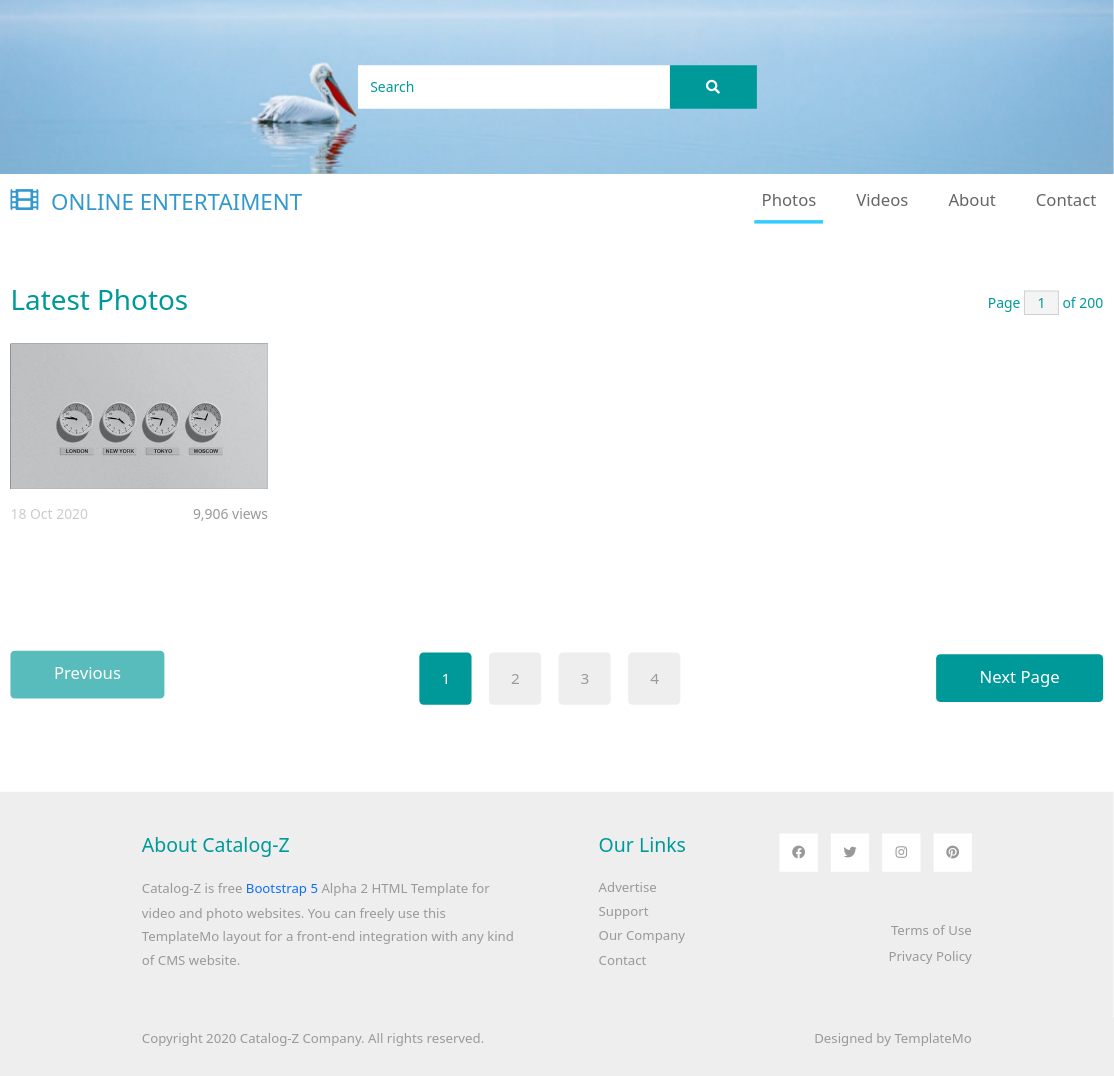
Repository: NguyenGiaHuy1102003/VideoManagementWebsite
Page: http://localhost/AsmJava4/index
These files come from the project's save history. The page is drawn as it stood at one moment and after the next save; the edit follows.
The browser window is 1280 px wide. The pictures show the whole page, at 87% of full size.
The page is served by Tomcat 9. Other server files are loaded and not shown.

Above is the page before, as saved 2023-07-21 06:58:43.

### WebsiteSellingFlowers/ASMJava4/AsmJava4/src/main/webapp/views/user/index.jsp
<%@ page language="java" contentType="text/html; charset=UTF-8"
    pageEncoding="UTF-8"%>
<%@ include file="/common/taglib.jsp" %>
<!DOCTYPE html>
<html lang="en">
<head>
    <meta charset="UTF-8">
    <meta name="viewport" content="width=device-width, initial-scale=1.0">
    <title>Online Entertaiment</title>
    <%@ include file="/common/head.jsp" %>

</head>
<body>
    <%@ include file="/common/header.jsp" %>

    <div class="container-fluid tm-container-content tm-mt-60">
        <div class="row mb-4">
            <h2 class="col-6 tm-text-primary">
                Latest Photos
            </h2>
            <div class="col-6 d-flex justify-content-end align-items-center">
                <form action="" class="tm-text-primary">
                    Page <input type="text" value="1" size="1" class="tm-input-paging tm-text-primary"> of 200
                </form>
            </div>
        </div>
        <div class="row tm-mb-90 tm-gallery">
        	<div class="col-xl-3 col-lg-4 col-md-6 col-sm-6 col-12 mb-5">
                <figure class="effect-ming tm-video-item">
                    <img src=" <c:url value='templates/user/img/img-03.jpg'/>" alt="Image" class="img-fluid">
                    <figcaption class="d-flex align-items-center justify-content-center">
                        <h2>Clocks</h2>
                        <a href="photo-detail.html">View more</a>
                    </figcaption>
                </figure>
                <div class="d-flex justify-content-between tm-text-gray">
                    <span class="tm-text-gray-light">18 Oct 2020</span>
                    <span>9,906 views</span>
                </div>
            </div>


        </div> <!-- row -->
        <div class="row tm-mb-90">
            <div class="col-12 d-flex justify-content-between align-items-center tm-paging-col">
                <a href="javascript:void(0);" class="btn btn-primary tm-btn-prev mb-2 disabled">Previous</a>
                <div class="tm-paging d-flex">
                    <a href="javascript:void(0);" class="active tm-paging-link">1</a>
                    <a href="javascript:void(0);" class="tm-paging-link">2</a>
                    <a href="javascript:void(0);" class="tm-paging-link">3</a>
                    <a href="javascript:void(0);" class="tm-paging-link">4</a>
                </div>
                <a href="javascript:void(0);" class="btn btn-primary tm-btn-next">Next Page</a>
            </div>
        </div>
    </div>

    <%@ include file="/common/footer.jsp" %>
</body>
</html>

### WebsiteSellingFlowers/ASMJava4/AsmJava4/src/main/webapp/common/taglib.jsp

<%@ taglib prefix="c" uri="http://java.sun.com/jsp/jstl/core" %>

### WebsiteSellingFlowers/ASMJava4/AsmJava4/src/main/webapp/common/head.jsp
<link rel="stylesheet" href="<c:url value='templates/user/css/bootstrap.min.css'/>">
<link rel="stylesheet" href="<c:url value='templates/user/fontawesome/css/all.min.css'/>">
<link rel="stylesheet" href="<c:url value='templates/user/css/templatemo-style.css'/>">

### WebsiteSellingFlowers/ASMJava4/AsmJava4/src/main/webapp/common/header.jsp
<%@ page language="java" contentType="text/html; charset=UTF-8"
	pageEncoding="UTF-8"%>
<!-- Page Loader-->
<div id="loader-wrapper">
	<div id="loader"></div>

	<div class="loader-section section-left"></div>
	<div class="loader-section section-right"></div>

</div>
<div class="tm-hero d-flex justify-content-center align-items-center" data-parallax="scroll" data-image-src="<c:url
value='templates/user/img/hero.jpg'/>">
        <form class="d-flex tm-search-form">
            <input class="form-control tm-search-input" type="search" placeholder="Search" aria-label="Search">
            <button class="btn btn-outline-success tm-search-btn" type="submit">
                <i class="fas fa-search"></i>
            </button>
        </form>
    </div>
<nav class="navbar navbar-expand-lg">
	<div class="container-fluid">
		<a class="navbar-brand" href="#"> <i class="fas fa-film mr-2"></i>
			ONLINE ENTERTAIMENT
		</a>
		<button class="navbar-toggler" type="button" data-toggle="collapse"
			data-target="#navbarSupportedContent"
			aria-controls="navbarSupportedContent" aria-expanded="false"
			aria-label="Toggle navigation">
			<i class="fas fa-bars"></i>
		</button>
		<div class="collapse navbar-collapse" id="navbarSupportedContent">
			<ul class="navbar-nav ml-auto mb-2 mb-lg-0">
				<li class="nav-item"><a class="nav-link nav-link-1 active"
					aria-current="page" href="index.html">Photos</a></li>
				<li class="nav-item"><a class="nav-link nav-link-2"
					href="videos.html">Videos</a></li>
				<li class="nav-item"><a class="nav-link nav-link-3"
					href="about.html">About</a></li>
				<li class="nav-item"><a class="nav-link nav-link-4"
					href="contact.html">Contact</a></li>
			</ul>
		</div>
	</div>
</nav>

### WebsiteSellingFlowers/ASMJava4/AsmJava4/src/main/webapp/common/footer.jsp
<%@ page language="java" contentType="text/html; charset=UTF-8"
	pageEncoding="UTF-8"%>
<footer class="tm-bg-gray pt-5 pb-3 tm-text-gray tm-footer">
	<div class="container-fluid tm-container-small">
		<div class="row">
			<div class="col-lg-6 col-md-12 col-12 px-5 mb-5">
				<h3 class="tm-text-primary mb-4 tm-footer-title">About
					Catalog-Z</h3>
				<p>
					Catalog-Z is free <a rel="sponsored"
						href="https://v5.getbootstrap.com/">Bootstrap 5</a> Alpha 2 HTML
					Template for video and photo websites. You can freely use this
					TemplateMo layout for a front-end integration with any kind of CMS
					website.
				</p>
			</div>
			<div class="col-lg-3 col-md-6 col-sm-6 col-12 px-5 mb-5">
				<h3 class="tm-text-primary mb-4 tm-footer-title">Our Links</h3>
				<ul class="tm-footer-links pl-0">
					<li><a href="#">Advertise</a></li>
					<li><a href="#">Support</a></li>
					<li><a href="#">Our Company</a></li>
					<li><a href="#">Contact</a></li>
				</ul>
			</div>
			<div class="col-lg-3 col-md-6 col-sm-6 col-12 px-5 mb-5">
				<ul class="tm-social-links d-flex justify-content-end pl-0 mb-5">
					<li class="mb-2"><a href="https://facebook.com"><i
							class="fab fa-facebook"></i></a></li>
					<li class="mb-2"><a href="https://twitter.com"><i
							class="fab fa-twitter"></i></a></li>
					<li class="mb-2"><a href="https://instagram.com"><i
							class="fab fa-instagram"></i></a></li>
					<li class="mb-2"><a href="https://pinterest.com"><i
							class="fab fa-pinterest"></i></a></li>
				</ul>
				<a href="#" class="tm-text-gray text-right d-block mb-2">Terms
					of Use</a> <a href="#" class="tm-text-gray text-right d-block">Privacy
					Policy</a>
			</div>
		</div>
		<div class="row">
			<div class="col-lg-8 col-md-7 col-12 px-5 mb-3">Copyright 2020
				Catalog-Z Company. All rights reserved.</div>
			<div class="col-lg-4 col-md-5 col-12 px-5 text-right">
				Designed by <a href="https://templatemo.com" class="tm-text-gray"
					rel="sponsored" target="_parent">TemplateMo</a>
			</div>
		</div>
	</div>
</footer>

<script src="<c:url value='/templates/user/js/plugins.js'/>"></script>
<script>
        $(window).on("load", function() {
            $('body').addClass('loaded');
        });
    </script>

### WebsiteSellingFlowers/ASMJava4/AsmJava4/src/main/java/com/poly/controller/HomeController.java
package com.poly.controller;

import java.io.IOException;

import javax.servlet.ServletException;
import javax.servlet.annotation.WebServlet;
import javax.servlet.http.HttpServlet;
import javax.servlet.http.HttpServletRequest;
import javax.servlet.http.HttpServletResponse;
@WebServlet(urlPatterns = {"/index"})
public class HomeController extends HttpServlet
{
	private static final long serialVersionUID = 1L;

	@Override
	protected void doGet(HttpServletRequest req, HttpServletResponse resp)
			throws ServletException, IOException {
		req.getRequestDispatcher("/views/user/index.jsp").forward(req, resp);
	}

}

### WebsiteSellingFlowers/ASMJava4/AsmJava4/src/main/webapp/templates/user/css/templatemo-style.css
/*

TemplateMo 556 Catalog-Z

https://templatemo.com/tm-556-catalog-z

*/

#loader-wrapper {
    position: fixed;
    top: 0;
    left: 0;
    width: 100%;
    height: 100%;
    z-index: 1001;
}
#loader {
    display: block;
    position: relative;
    left: 50%;
    top: 50%;
    width: 150px;
    height: 150px;
    margin: -75px 0 0 -75px;
    border-radius: 50%;
    border: 3px solid transparent;
    border-top-color: #3498db;

    -webkit-animation: spin 2s linear infinite; /* Chrome, Opera 15+, Safari 5+ */
    animation: spin 2s linear infinite; /* Chrome, Firefox 16+, IE 10+, Opera */

    z-index: 1002;
}

    #loader:before {
        content: "";
        position: absolute;
        top: 5px;
        left: 5px;
        right: 5px;
        bottom: 5px;
        border-radius: 50%;
        border: 3px solid transparent;
        border-top-color: #e74c3c;

        -webkit-animation: spin 3s linear infinite; /* Chrome, Opera 15+, Safari 5+ */
        animation: spin 3s linear infinite; /* Chrome, Firefox 16+, IE 10+, Opera */
    }

    #loader:after {
        content: "";
        position: absolute;
        top: 15px;
        left: 15px;
        right: 15px;
        bottom: 15px;
        border-radius: 50%;
        border: 3px solid transparent;
        border-top-color: #f9c922;

        -webkit-animation: spin 1.5s linear infinite; /* Chrome, Opera 15+, Safari 5+ */
          animation: spin 1.5s linear infinite; /* Chrome, Firefox 16+, IE 10+, Opera */
    }

    @-webkit-keyframes spin {
        0%   {
            -webkit-transform: rotate(0deg);  /* Chrome, Opera 15+, Safari 3.1+ */
            -ms-transform: rotate(0deg);  /* IE 9 */
            transform: rotate(0deg);  /* Firefox 16+, IE 10+, Opera */
        }
        100% {
            -webkit-transform: rotate(360deg);  /* Chrome, Opera 15+, Safari 3.1+ */
            -ms-transform: rotate(360deg);  /* IE 9 */
            transform: rotate(360deg);  /* Firefox 16+, IE 10+, Opera */
        }
    }
    @keyframes spin {
        0%   {
            -webkit-transform: rotate(0deg);  /* Chrome, Opera 15+, Safari 3.1+ */
            -ms-transform: rotate(0deg);  /* IE 9 */
            transform: rotate(0deg);  /* Firefox 16+, IE 10+, Opera */
        }
        100% {
            -webkit-transform: rotate(360deg);  /* Chrome, Opera 15+, Safari 3.1+ */
            -ms-transform: rotate(360deg);  /* IE 9 */
            transform: rotate(360deg);  /* Firefox 16+, IE 10+, Opera */
        }
    }

    #loader-wrapper .loader-section {
        position: fixed;
        top: 0;
        width: 51%;
        height: 100%;
        background: #222222;
        z-index: 1001;
        -webkit-transform: translateX(0);  /* Chrome, Opera 15+, Safari 3.1+ */
        -ms-transform: translateX(0);  /* IE 9 */
        transform: translateX(0);  /* Firefox 16+, IE 10+, Opera */
    }

    #loader-wrapper .loader-section.section-left {
        left: 0;
    }

    #loader-wrapper .loader-section.section-right {
        right: 0;
    }

    /* Loaded */
    .loaded #loader-wrapper .loader-section.section-left {
        -webkit-transform: translateX(-100%);  /* Chrome, Opera 15+, Safari 3.1+ */
            -ms-transform: translateX(-100%);  /* IE 9 */
                transform: translateX(-100%);  /* Firefox 16+, IE 10+, Opera */

        -webkit-transition: all 0.7s 0.3s cubic-bezier(0.645, 0.045, 0.355, 1.000);
                transition: all 0.7s 0.3s cubic-bezier(0.645, 0.045, 0.355, 1.000);
    }

    .loaded #loader-wrapper .loader-section.section-right {
        -webkit-transform: translateX(100%);  /* Chrome, Opera 15+, Safari 3.1+ */
            -ms-transform: translateX(100%);  /* IE 9 */
                transform: translateX(100%);  /* Firefox 16+, IE 10+, Opera */

-webkit-transition: all 0.7s 0.3s cubic-bezier(0.645, 0.045, 0.355, 1.000);
        transition: all 0.7s 0.3s cubic-bezier(0.645, 0.045, 0.355, 1.000);
    }

    .loaded #loader {
        opacity: 0;
        -webkit-transition: all 0.3s ease-out;
                transition: all 0.3s ease-out;
    }
    .loaded #loader-wrapper {
        visibility: hidden;

        -webkit-transform: translateY(-100%);  /* Chrome, Opera 15+, Safari 3.1+ */
            -ms-transform: translateY(-100%);  /* IE 9 */
                transform: translateY(-100%);  /* Firefox 16+, IE 10+, Opera */

        -webkit-transition: all 0.3s 1s ease-out;
                transition: all 0.3s 1s ease-out;
    }

p { line-height: 1.8; }

a {
    text-decoration: none;
    transition: all 0.3s ease;
}
a:hover { color:#009999; }
.container-fluid { max-width: 1770px; }
.tm-container-small { max-width: 1050px; }
.btn { border-radius: 0; }
.btn-primary {
    background-color: #009999;
    border: 0;
    border-radius: 5px;
    padding: 12px 50px 14px;
    font-size: 1.2rem;
}

.btn-primary:hover,
.btn-primary:focus {
    background-color:#086969;
}

.btn-primary.disabled,
.btn-primary:disabled {
    background-color: #009999;
    pointer-events: all;
    cursor: not-allowed;
}

.form-control {
	padding: 10px 20px;
	width: 100%;
	height: auto;
}

.form-group { margin-bottom: 25px; }
.tm-btn-big { padding: 12px 90px 14px; }

.navbar-toggler:focus { box-shadow: none; }
.navbar-brand {
    color: #3399CC;
    font-size: 1.6rem;
}

.navbar-brand i { font-size: 2rem; }

.tm-hero {
    min-height: 200px;
    background: transparent;
}

.tm-mt-60 { margin-top: 60px; }
.tm-mb-50 { margin-bottom: 50px; }
.tm-mb-74 { margin-bottom: 74px; }
.tm-mb-90 { margin-bottom: 90px; }
.tm-text-primary { color: #009999; }
.tm-text-secondary { color: #CC6699; }
a.tm-text-primary:hover { color:#666666; }
.tm-bg-gray { background-color: #EEEEEE; }
.tm-input-paging {
    width: 40px;
    border-radius: 0;
    border: 1px solid #CCCCCC;
    background: #f4f4f4;
    text-align: center;
}

.nav-item { margin-right: 30px; }
.nav-item:last-child { margin-right: 0; }

.nav-link {
    color: #666666;
    border-bottom: 4px solid transparent;
    font-size: 1.2rem;
}

.nav-link-1.active,
.nav-link-1:hover {
    border-color: #33CCFF;
}

.nav-link-2.active,
.nav-link-2:hover {
    border-color: #FF6666;
}

.nav-link-3.active,
.nav-link-3:hover {
    border-color: #33CC66;
}

.nav-link-4.active,
.nav-link-4:hover {
    border-color: #CC66CC;
}

.tm-search-input {
    width: 360px;
    border-radius: 0;
    padding: 12px 15px;
    color: #009999;
    border: none;
}

.tm-search-input:focus {
    border-color: #009999;
    box-shadow: 0 0 0 0.25rem rgb(0 153 153 / 0.25);
}

.tm-search-input::placeholder { /* Chrome, Firefox, Opera, Safari 10.1+ */
    color: #009999;
    opacity: 1; /* Firefox */
}

.tm-search-input::-ms-input-placeholder { /* Microsoft Edge */
    color: #009999;
}

.tm-search-btn {
    color: white;
    background-color: #009999;
    border: none;
    width: 100px;
    height: 50px;
    margin-left: -1px;
}

p, .tm-text-gray { color: #999; }
.tm-text-gray-light { color: #CCC; }
.tm-text-gray-dark { color: #666; }

.tm-video-item {
    position: relative;
    overflow: hidden;
    text-align: center;
    cursor: pointer;
}

.tm-video-item img {
    position: relative;
    display: block;
    min-height: 100%;
    max-width: 100%;
    opacity: 0.8;
}

.tm-video-item figcaption {
    padding: 2em;
    color: #fff;
    text-transform: uppercase;
    font-size: 1.25em;
    -webkit-backface-visibility: hidden;
	backface-visibility: hidden;
}

.tm-video-item figcaption::before,
.tm-video-item figcaption::after {
    pointer-events: none;
}

.tm-video-item figcaption,
.tm-video-item figcaption > a {
    position: absolute;
    top: 0;
    left: 0;
    width: 100%;
    height: 100%;
}

.tm-video-item figcaption > a {
	z-index: 1000;
	text-indent: 200%;
	white-space: nowrap;
	font-size: 0;
	opacity: 0;
}

.tm-video-item h2 {
    word-spacing: -0.15em;
    font-weight: 300;
}

.tm-video-item h2,
.tm-video-item p {
    margin: 0;
}

.tm-video-item p {
    letter-spacing: 1px;
    font-size: 68.5%;
}

.tm-gallery div.d-block { animation: show .5s ease; }

@keyframes show {
    0% {
    	opacity: 0;
    	transform: scale(0.9);
    }
    100% {
    	opacity: 1;
    	transform: scale(1);
    }
}

.tm-paging-link {
    display: flex;
    justify-content: center;
    align-items: center;
    width: 60px;
    height: 60px;
    font-size: 1.1rem;
    color: #999;
    background-color: #EEEEEE;
    margin: 10px;
    border-radius: 5px;
    text-decoration: none;
    transition: all 0.3s ease;
}

.tm-paging-link:hover,
.tm-paging-link.active {
    background-color: #009999;
    color: #fff;
}

/*---------------*/
/***** Ming *****/
/*---------------*/

figure.effect-ming {
	background: #030c17;
}

figure.effect-ming img {
	opacity: 0.9;
	-webkit-transition: opacity 0.35s;
	transition: opacity 0.35s;
}

figure.effect-ming figcaption::before {
	position: absolute;
	top: 30px;
	right: 30px;
	bottom: 30px;
	left: 30px;
	border: 2px solid #fff;
	box-shadow: 0 0 0 30px rgba(255,255,255,0.2);
	content: '';
	opacity: 0;
	-webkit-transition: opacity 0.35s, -webkit-transform 0.35s;
	transition: opacity 0.35s, transform 0.35s;
	-webkit-transform: scale3d(1.4,1.4,1);
	transform: scale3d(1.4,1.4,1);
}

figure.effect-ming h2 {
    font-size: 1.3em;
	opacity: 0;
	-webkit-transition: opacity 0.35s, -webkit-transform 0.35s;
	transition: opacity 0.35s, transform 0.35s;
	-webkit-transform: scale(1.5);
	transform: scale(1.5);
}

figure.effect-ming:hover figcaption::before,
figure.effect-ming:hover h2 {
	opacity: 1;
	-webkit-transform: scale3d(1,1,1);
	transform: scale3d(1,1,1);
}

figure.effect-ming:hover figcaption { background-color: rgba(58,52,42,0); }
figure.effect-ming:hover img { opacity: 0.4; }

.tm-footer-links li {
    list-style: none;
    margin-bottom: 5px;
}

.tm-footer-links li a { color: #999999; }
.tm-footer-links li a:hover { color: #009999; }

.tm-social-links li {
    list-style: none;
    margin-right: 15px;
}

.tm-social-links li:last-child { margin-right: 0; }

.tm-social-links li a  {
    color: #999999;
    width: 44px;
    height: 44px;
    display: flex;
    background-color: #fff;
    align-items: center;
    justify-content: center;
}

.tm-social-links li a:hover {
    color: #fff;
    background-color: #009999;
}

.tm-footer { font-size: 0.95rem; }
.tm-footer-title { font-size: 1.4rem; }

/* Videos */
#tm-video-container {
    max-height: 400px;
    overflow: hidden;
    background-color: #333;
    margin-bottom: 90px;
    position: relative;
}

#tm-video {
    display: block;
    width: 100%;
    height: auto;
}

#tm-video-control-button {
    position: absolute;
    bottom: 20px;
    right: 20px;
    z-index: 1000;
    color: #e1e1e1;
}

.tm-video-details {
    height: 100%;
    padding: 40px;
}

/* About */
.tm-row-1640 { max-width: 1640px; }
.tm-about-2-col { max-width: 716px; }
.tm-about-3-col { max-width: 540px; }

.tm-about-2-col,
.tm-about-3-col {
    margin-bottom: 50px;
}

.tm-about-icon-container {
    width: 150px;
    height: 150px;
    border: 1px solid #009999;
    display: flex;
    align-items: center;
    justify-content: center;
}

.tm-about-img-text { max-width: 940px; }

/* Contact */
select.form-control { border-radius: 0; }
select.form-control option { height: 30px; }

select:not([multiple]) {
    -webkit-appearance: none;
    -moz-appearance: none;
    background-position: right 15px center;
    background-repeat: no-repeat;
    background-image: url(../img/select-arrow.png);
    padding: 14px 20px;
    padding-right: 20px;
    color: #666;
}

.mapouter{
    position:relative;
    height:480px;
    width:100%;
    max-width: 480px;
}

.gmap-canvas {
    overflow:hidden;
    background:none!important;
    height:480px;
    width:100%;
}

.tm-contact-form { max-width: 420px; }
.tm-address-col { max-width: 520px; }
.tm-contacts { padding-left: 0; }

.tm-contacts li {
    list-style: none;
    margin-bottom: 20px;
}

.tm-contacts li a i { width: 30px; }
.tm-social { display: flex; }

.tm-social li {
    list-style: none;
    margin-bottom: 20px;
    margin-right: 15px;
}

.tm-social li a i {
    width: 40px;
    height: 40px;
    color: #666666;
    background-color: #EEEEEE;
    display: flex;
    align-items: center;
    justify-content: center;
    transition: all 0.3s ease;
}

.tm-social li a:hover i {
    color: #fff;
    background-color: #009999;
}

.form-control,
input:-internal-autofill-selected,
select:not([multiple]) {
    color: #009999 !important;
}

.form-control::placeholder { /* Chrome, Firefox, Opera, Safari 10.1+ */
    color:  #009999;
    opacity: 1; /* Firefox */
}

@media (max-width: 991px) {
    .navbar-collapse {
        position: fixed;
        top: 50px;
        right: 0px;
        background: white;
        width: 150px;
        padding: 15px;
    }

    .tm-container-content { max-width: 870px; }
    .tm-contact-form, .tm-address-col, .mapouter { max-width: 100%; }
    .tm-people-row { max-width: 900px; }
}

@media (max-width: 767px) {
    .tm-paging-col { flex-direction: column; }
    .tm-paging { flex-wrap: wrap; }
    .tm-about-img-text { max-width: 640px; }
    .tm-about-2-col, .tm-about-3-col { margin-bottom: 50px; }
}

@media (max-width: 575px) {
    .tm-container-content { max-width: 420px; }

    .tm-search-form {
        padding-left: 15px;
        padding-right: 15px;
        width: 100%;
        justify-content: center;
    }

    .tm-search-input {
        width: 100%;
        max-width: 360px;
    }

    .tm-people-row { max-width: 420px; }
}

@media (max-width: 400px) {
    .tm-btn-big { padding: 12px 50px 14px; }
}

@media (max-width: 334px) {
    .tm-social-links {
        flex-wrap: wrap;
        justify-content: start !important;
    }

    .tm-social-links li { margin-right: 3px; }
}

Loaded but not shown: WebsiteSellingFlowers/ASMJava4/AsmJava4/src/main/webapp/templates/user/css/bootstrap.min.css (library); WebsiteSellingFlowers/ASMJava4/AsmJava4/src/main/webapp/templates/user/fontawesome/css/all.min.css (library); WebsiteSellingFlowers/ASMJava4/AsmJava4/src/main/webapp/templates/user/js/plugins.js (library)

After the next save:
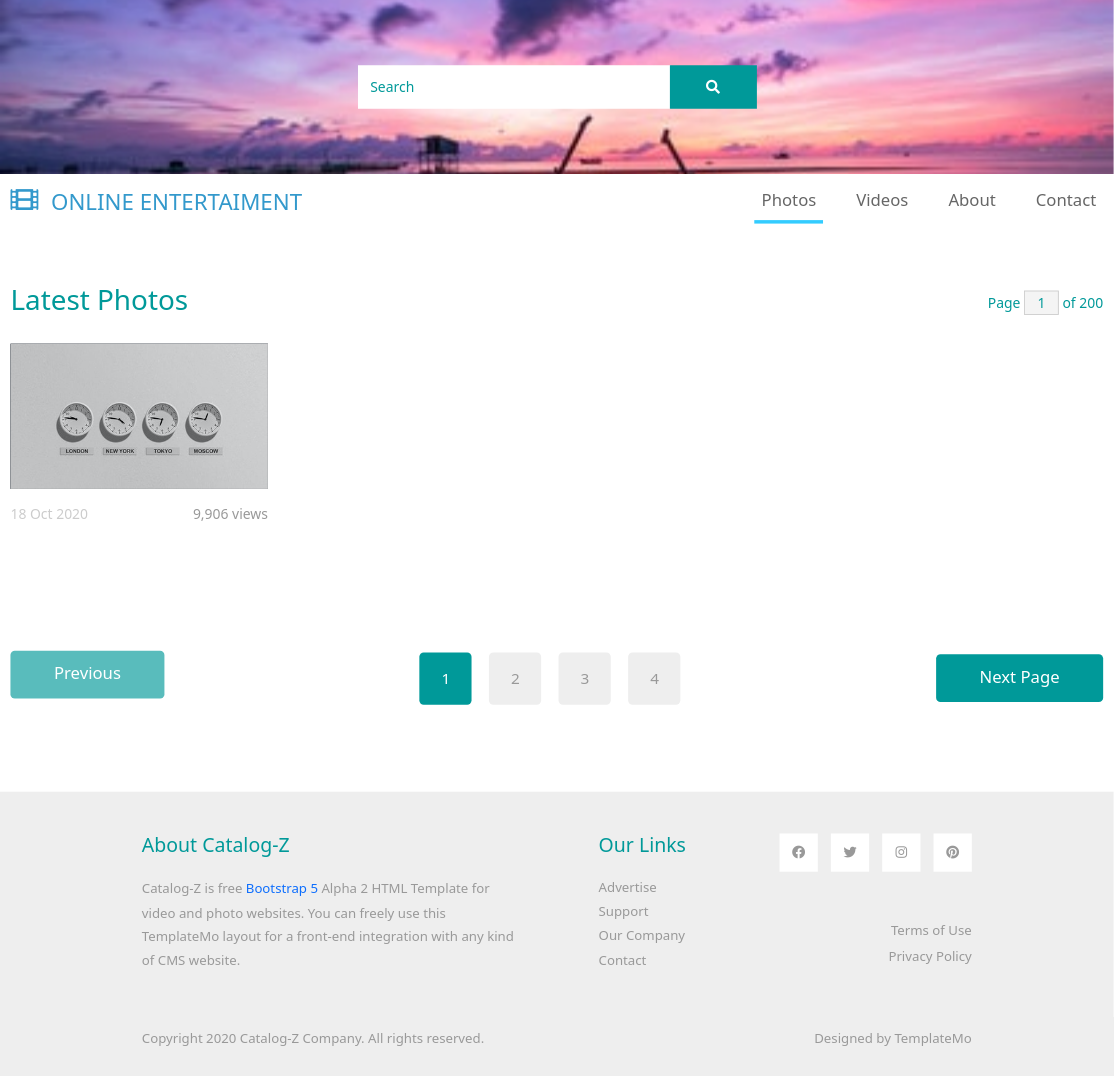
Saved 29 s later.
--- a/WebsiteSellingFlowers/ASMJava4/AsmJava4/src/main/webapp/common/header.jsp
+++ b/WebsiteSellingFlowers/ASMJava4/AsmJava4/src/main/webapp/common/header.jsp
@@ -9,7 +9,7 @@
 
 </div>
 <div class="tm-hero d-flex justify-content-center align-items-center" data-parallax="scroll" data-image-src="<c:url
-value='templates/user/img/hero.jpg'/>">
+value='templates/user/img/img-13.jpg'/>">
         <form class="d-flex tm-search-form">
             <input class="form-control tm-search-input" type="search" placeholder="Search" aria-label="Search">
             <button class="btn btn-outline-success tm-search-btn" type="submit">
